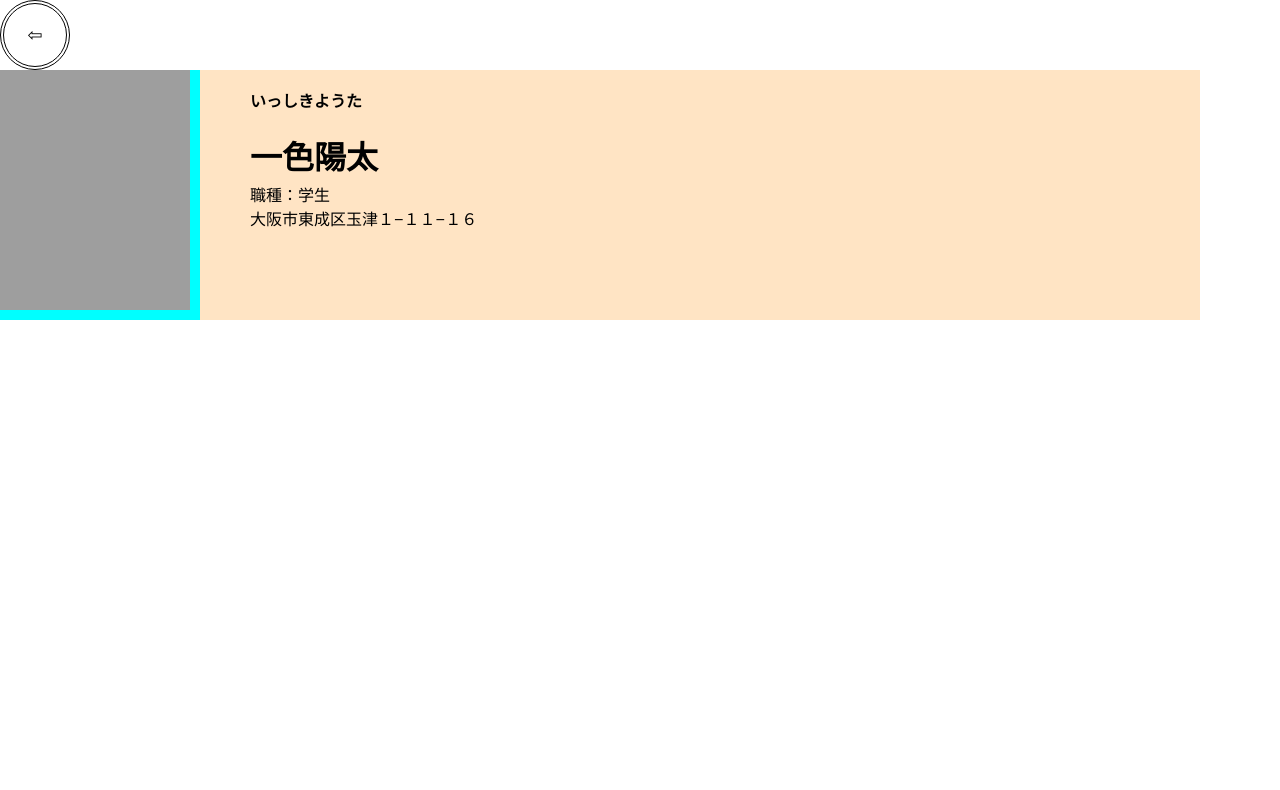
Repository: Mush-s/Folio-OX
Page: /profile
The author's editor kept a copy of each file at every save. The page is drawn from the files as they stood at one save, then again after the next save.
The browser window is 1280 px wide. The pictures show the whole page.
Pictures or frames that could not be fetched are drawn as grey boxes. The project was rebuilt for these pictures with package versions that can differ from the ones it lists, and the page was loaded fresh each time. Also part of the build but not shown: src/TicTacToe/AfterGame/AfterGame.css, src/TicTacToe/AfterGame/AfterGame.js, src/TicTacToe/Game/Cell.css, src/TicTacToe/Game/Cell.js, src/TicTacToe/Patterns/Pattern.js, src/TicTacToe/Game/GameButtons/GameButtons.css, src/TicTacToe/Game/GameButtons/GameButtons.js, src/TicTacToe/Game/Game.css and 18 more.

Above is the page before, as saved 2022-09-20 18:17:35.

### public/index.html
<!DOCTYPE html>
<html lang="en">
  <head>
    <meta charset="utf-8" />
    <link rel="icon" href="%PUBLIC_URL%/favicon.ico" />
    <meta name="viewport" content="width=device-width, initial-scale=1" />
    <meta name="theme-color" content="#000000" />
    <meta
      name="description"
      content="Web site created using create-react-app"
    />
    <link rel="apple-touch-icon" href="%PUBLIC_URL%/logo192.png" />
    <!--
      manifest.json provides metadata used when your web app is installed on a
      user's mobile device or desktop. See https://developers.google.com/web/fundamentals/web-app-manifest/
    -->
    <link rel="manifest" href="%PUBLIC_URL%/manifest.json" />
    <!--
      Notice the use of %PUBLIC_URL% in the tags above.
      It will be replaced with the URL of the `public` folder during the build.
      Only files inside the `public` folder can be referenced from the HTML.

      Unlike "/favicon.ico" or "favicon.ico", "%PUBLIC_URL%/favicon.ico" will
      work correctly both with client-side routing and a non-root public URL.
      Learn how to configure a non-root public URL by running `npm run build`.
    -->
    <title>React App</title>
  </head>
  <body>
    <noscript>You need to enable JavaScript to run this app.</noscript>
    <div id="root"></div>
    <div id="portal"></div>
    <div id="howmany"></div>
    <!--
      This HTML file is a template.
      If you open it directly in the browser, you will see an empty page.

      You can add webfonts, meta tags, or analytics to this file.
      The build step will place the bundled scripts into the <body> tag.

      To begin the development, run `npm start` or `yarn start`.
      To create a production bundle, use `npm run build` or `yarn build`.
    -->
  </body>
</html>

### src/index.js
import { createRoot } from "react-dom/client";
import { BrowserRouter } from "react-router-dom";
import ReactDOM from "react-dom";
import AfterGame from "./TicTacToe/AfterGame/AfterGame";

import App from "./App";
import BeforeGame from "./NanMon/BeforeGame/BeforeGame";
const container = document.getElementById("root");
const root = createRoot(container);
root.render(
  <BrowserRouter>
    <App />
  </BrowserRouter>
);

export const OverLay = (props) => {
  return ReactDOM.createPortal(
    <AfterGame onClick={props.onClick} result={props.result} />,
    document.getElementById("portal")
  );
};
export const HowMany = (props) => {
  return ReactDOM.createPortal(
    <BeforeGame />,
    document.getElementById("howmany")
  );
};

### src/App.js
import "./App.css";
import Game from "./TicTacToe/Game/Game";
import Game1 from "./NanMon/Game/Game1";
import Start from "./Start/Start";
import { Route, Routes } from "react-router-dom";
import Profile from "./Profile/Profile";

const App = () => {
  return (
    <div className="app">
      <Routes>
        <Route path="/" element={<Start />} />
        <Route path="/tictactou" element={<Game />} />
        <Route path="/nanmon" element={<Game1 />} />
        <Route path="/profile" element={<Profile />} />
      </Routes>
    </div>
  );
};

export default App;

### src/App.css
.app {
  position: relative;
  height: 100vh;
  width: 100%;
  font-family: "Courier New", Courier, monospace;
  /* background-image: url(https://png.pngtree.com/thumb_back/fh260/background/20210308/pngtree-vs-versus-challenge-gaming-background-banner-blue-image_582152.jpg);
  background-size: contain; */
}
/* Document
 * ========================================================================== */

/**
 * 1. Add border box sizing in all browsers (opinionated).
 * 2. Backgrounds do not repeat by default (opinionated).
 */

*,
::before,
::after {
  box-sizing: border-box; /* 1 */
  background-repeat: no-repeat; /* 2 */
}

/**
  * 1. Add text decoration inheritance in all browsers (opinionated).
  * 2. Add vertical alignment inheritance in all browsers (opinionated).
  */

::before,
::after {
  text-decoration: inherit; /* 1 */
  vertical-align: inherit; /* 2 */
}

/**
  * 1. Use the default cursor in all browsers (opinionated).
  * 2. Change the line height in all browsers (opinionated).
  * 3. Breaks words to prevent overflow in all browsers (opinionated).
  * 4. Use a 4-space tab width in all browsers (opinionated).
  * 5. Remove the grey highlight on links in iOS (opinionated).
  * 6. Prevent adjustments of font size after orientation changes in iOS.
  */

:where(:root) {
  cursor: default; /* 1 */
  line-height: 1.5; /* 2 */
  overflow-wrap: break-word; /* 3 */
  -moz-tab-size: 4; /* 4 */
  tab-size: 4; /* 4 */
  -webkit-tap-highlight-color: transparent; /* 5 */
  -webkit-text-size-adjust: 100%; /* 6 */
  text-size-adjust: 100%; /* 6 */
}

/* Sections
  * ========================================================================== */

/**
  * Remove the margin in all browsers (opinionated).
  */

:where(body) {
  margin: 0;
}

/**
  * Correct the font size and margin on `h1` elements within `section` and
  * `article` contexts in Chrome, Edge, Firefox, and Safari.
  */

:where(h1) {
  font-size: 2em;
  margin: 0.67em 0;
}

/* Grouping content
  * ========================================================================== */

/**
  * Remove the margin on nested lists in Chrome, Edge, and Safari.
  */

:where(dl, ol, ul) :where(dl, ol, ul) {
  margin: 0;
}

/**
  * 1. Correct the inheritance of border color in Firefox.
  * 2. Add the correct box sizing in Firefox.
  */

:where(hr) {
  color: inherit; /* 1 */
  height: 0; /* 2 */
}

/**
  * Remove the list style on navigation lists in all browsers (opinionated).
  */

:where(nav) :where(ol, ul) {
  list-style-type: none;
  padding: 0;
}

/**
  * Prevent VoiceOver from ignoring list semantics in Safari (opinionated).
  */

:where(nav li)::before {
  content: "\200B";
  float: left;
}

/**
  * 1. Correct the inheritance and scaling of font size in all browsers.
  * 2. Correct the odd `em` font sizing in all browsers.
  * 3. Prevent overflow of the container in all browsers (opinionated).
  */

:where(pre) {
  font-family: monospace, monospace; /* 1 */
  font-size: 1em; /* 2 */
  overflow: auto; /* 3 */
}

/* Text-level semantics
  * ========================================================================== */

/**
  * Add the correct text decoration in Safari.
  */

:where(abbr[title]) {
  text-decoration: underline;
  text-decoration: underline dotted;
}

/**
  * Add the correct font weight in Chrome, Edge, and Safari.
  */

:where(b, strong) {
  font-weight: bolder;
}

/**
  * 1. Correct the inheritance and scaling of font size in all browsers.
  * 2. Correct the odd `em` font sizing in all browsers.
  */

:where(code, kbd, samp) {
  font-family: monospace, monospace; /* 1 */
  font-size: 1em; /* 2 */
}

/**
  * Add the correct font size in all browsers.
  */

:where(small) {
  font-size: 80%;
}

/* Embedded content
  * ========================================================================== */

/*
  * Change the alignment on media elements in all browsers (opinionated).
  */

:where(audio, canvas, iframe, img, svg, video) {
  vertical-align: middle;
}

/**
  * Remove the border on iframes in all browsers (opinionated).
  */

:where(iframe) {
  border-style: none;
}

/**
  * Change the fill color to match the text color in all browsers (opinionated).
  */

:where(svg:not([fill])) {
  fill: currentColor;
}

/* Tabular data
  * ========================================================================== */

/**
  * 1. Collapse border spacing in all browsers (opinionated).
  * 2. Correct table border color in Chrome, Edge, and Safari.
  * 3. Remove text indentation from table contents in Chrome, Edge, and Safari.
  */

:where(table) {
  border-collapse: collapse; /* 1 */
  border-color: currentColor; /* 2 */
  text-indent: 0; /* 3 */
}

/* Forms
  * ========================================================================== */

/**
  * Remove the margin on controls in Safari.
  */

:where(button, input, select) {
  margin: 0;
}

/**
  * Correct the inability to style buttons in iOS and Safari.
  */

:where(button, [type="button" i], [type="reset" i], [type="submit" i]) {
  -webkit-appearance: button;
}

/**
  * Change the inconsistent appearance in all browsers (opinionated).
  */

:where(fieldset) {
  border: 1px solid #a0a0a0;
}

/**
  * Add the correct vertical alignment in Chrome, Edge, and Firefox.
  */

:where(progress) {
  vertical-align: baseline;
}

/**
  * 1. Remove the margin in Firefox and Safari.
  * 3. Change the resize direction in all browsers (opinionated).
  */

:where(textarea) {
  margin: 0; /* 1 */
  resize: vertical; /* 3 */
}

/**
  * 1. Correct the odd appearance in Chrome, Edge, and Safari.
  * 2. Correct the outline style in Safari.
  */

:where([type="search" i]) {
  -webkit-appearance: textfield; /* 1 */
  outline-offset: -2px; /* 2 */
}

/**
  * Correct the cursor style of increment and decrement buttons in Safari.
  */

::-webkit-inner-spin-button,
::-webkit-outer-spin-button {
  height: auto;
}

/**
  * Correct the text style of placeholders in Chrome, Edge, and Safari.
  */

::-webkit-input-placeholder {
  color: inherit;
  opacity: 0.54;
}

/**
  * Remove the inner padding in Chrome, Edge, and Safari on macOS.
  */

::-webkit-search-decoration {
  -webkit-appearance: none;
}

/**
  * 1. Correct the inability to style upload buttons in iOS and Safari.
  * 2. Change font properties to `inherit` in Safari.
  */

::-webkit-file-upload-button {
  -webkit-appearance: button; /* 1 */
  font: inherit; /* 2 */
}

/* Interactive
  * ========================================================================== */

/*
  * Add the correct styles in Safari.
  */

:where(dialog) {
  background-color: white;
  border: solid;
  color: black;
  height: -moz-fit-content;
  height: fit-content;
  left: 0;
  margin: auto;
  padding: 1em;
  position: absolute;
  right: 0;
  width: -moz-fit-content;
  width: fit-content;
}

:where(dialog:not([open])) {
  display: none;
}

/*
  * Add the correct display in Safari.
  */

:where(details > summary:first-of-type) {
  display: list-item;
}

/* Accessibility
  * ========================================================================== */

/**
  * Change the cursor on busy elements in all browsers (opinionated).
  */

:where([aria-busy="true" i]) {
  cursor: progress;
}

/*
  * Change the cursor on disabled, not-editable, or otherwise
  * inoperable elements in all browsers (opinionated).
  */

:where([aria-disabled="true" i], [disabled]) {
  cursor: not-allowed;
}

/*
  * Change the display on visually hidden accessible elements
  * in all browsers (opinionated).
  */

:where([aria-hidden="false" i][hidden]) {
  display: initial;
}

:where([aria-hidden="false" i][hidden]:not(:focus)) {
  clip: rect(0, 0, 0, 0);
  position: absolute;
}

a:-webkit-any-link {
  color: black;
  text-decoration: none;
}

button {
  cursor: pointer;
}

ul {
  padding-inline-start: 0;
  margin-block-start: 0;
}

h1 {
  display: block;
  font-size: 2em;
  margin-block-start: 0;
  margin-block-end: 0;
  margin-inline-start: 0px;
  margin-inline-end: 0px;
  font-weight: bold;
}

### src/Profile/Profile.js
import Back from "../Components/Back/Back";
import "./Profile.css";
const Profile = () => {
  return (
    <>
      <Back />
      <div className="profile">
        <div className="picture">
          <img src="http://livedoor.blogimg.jp/snoo_frontpage/imgs/9/4/9460ea59-s.png" />
        </div>
        <div className="intro">
          <div className="name">
            <h4>いっしきようた</h4>
            <h1>一色陽太</h1>
          </div>
          <div className="job">職種：学生</div>
          <div className="post">大阪市東成区玉津１−１１−１６</div>
        </div>
      </div>
    </>
  );
};

export default Profile;

### src/Components/Back/Back.js
import "./Back.css";
import { useNavigate } from "react-router-dom";

const Back = () => {
  const navigate = useNavigate();
  const backHandler = () => {
    navigate("/");
  };
  return (
    <button className="back" onClick={backHandler}>
      ⇦
    </button>
  );
};

export default Back;

### src/Profile/Profile.css
.profile {
  display: flex;
  height: 100vh;
}

.profile .picture {
  background-color: aqua;
  width: 200px;
  height: 250px;
}
.profile img {
  width: 190px;
  height: 240px;
}

.profile .intro {
  background-color: bisque;
  width: 1000px;
  height: 250px;
  padding-left:50px;
}

### src/Components/Back/Back.css
.back {
  width: 70px;
  height: 70px;
  font-size: 18px;
  display: inline-block;
  background: #ffffff;
  border: double 4px #000000;
  border-radius: 50%;
  text-align: center;
  overflow: hidden;
  cursor: pointer;
}

After the next save:
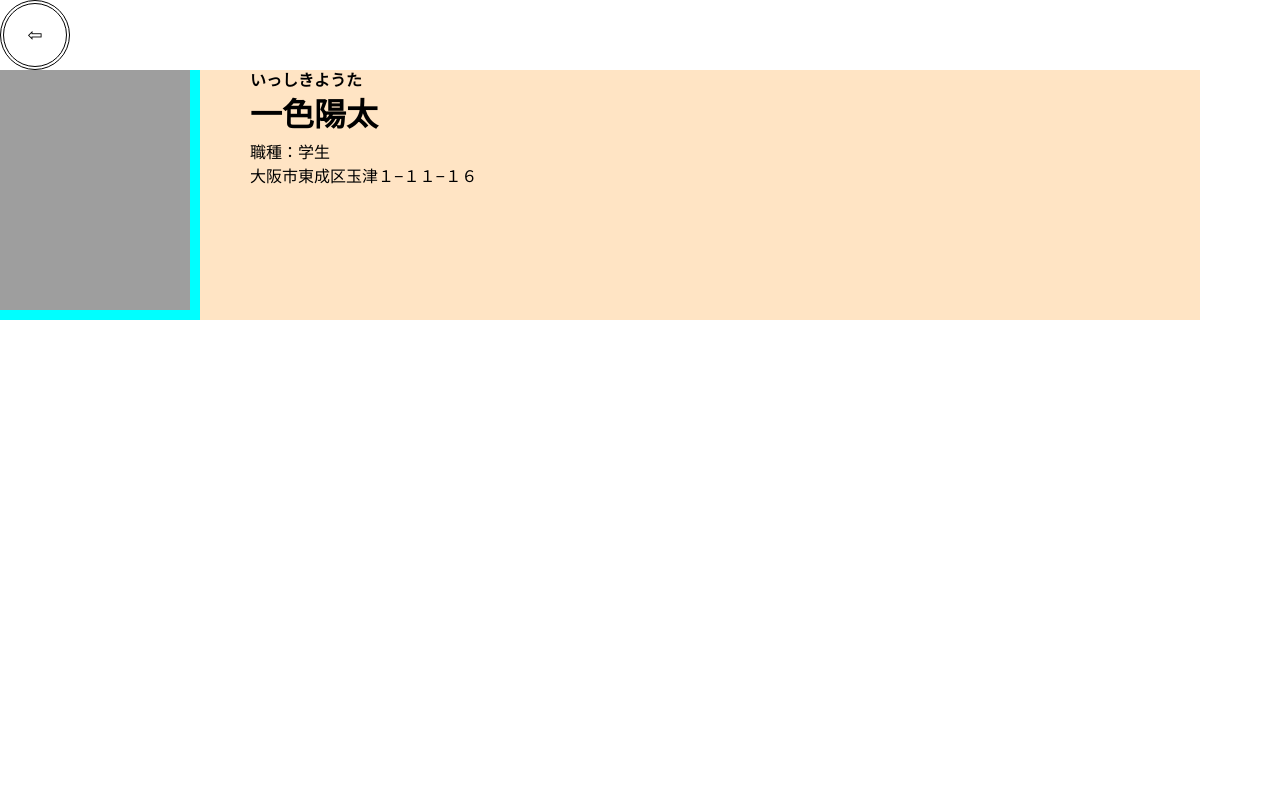
Saved 38 s later.
--- a/src/App.css
+++ b/src/App.css
@@ -386,3 +386,12 @@ h1 {
   margin-inline-end: 0px;
   font-weight: bold;
 }
+
+
+h4 {
+    display: block;
+    margin-block-start: 0;
+    margin-block-end: 0;
+    margin-inline-start: 0px;
+    margin-inline-end: 0px;
+    font-weight: bold;
